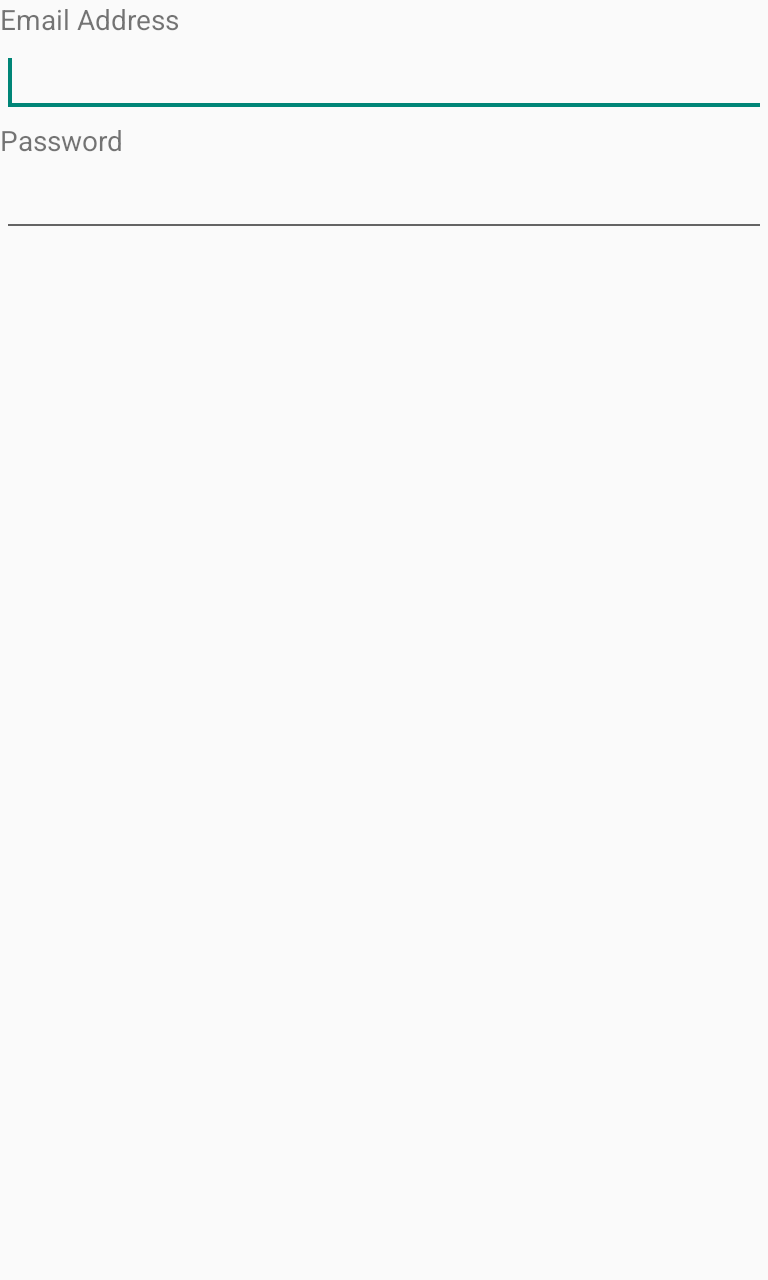
Repository: Clarenaliaka/code-challenge
Layout: ModernMum/res/layout/login.xml
These files come from the project's save history. The layout is drawn as it stood at one moment and after the next save; the edit follows.
It is drawn on a 768 x 1280 px phone screen (xhdpi) without system bars, with theme AppTheme; the app's code is not run.

Above is the layout before, as saved 2014-07-31 08:54:25.

### ModernMum/res/layout/login.xml
<?xml version="1.0" encoding="utf-8"?>
<LinearLayout xmlns:android="http://schemas.android.com/apk/res/android"
    android:layout_width="match_parent"
    android:layout_height="match_parent"
    android:orientation="vertical" >

    <TextView
        android:id="@+id/textView1"
        android:layout_width="wrap_content"
        android:layout_height="wrap_content"
        android:text="@string/email" />

    <EditText
        android:id="@+id/editText1"
        android:layout_width="match_parent"
        android:layout_height="wrap_content"
        android:ems="10"
        android:inputType="textEmailAddress" >

        <requestFocus />
    </EditText>

    <TextView
        android:id="@+id/textView2"
        android:layout_width="wrap_content"
        android:layout_height="wrap_content"
        android:text="@string/Password" />

    <EditText
        android:id="@+id/editText2"
        android:layout_width="match_parent"
        android:layout_height="wrap_content"
        android:ems="10"
        android:inputType="textPassword" />

</LinearLayout>

### ModernMum/res/values/strings.xml
<?xml version="1.0" encoding="utf-8"?>
<resources>

    <string name="app_name">ModernMum</string>
    <string name="btnregister">Register</string>
    <string name="action_settings">Settings</string>
    <string name="btnlogin">Login</string>
    <string name="first">First Name</string>
    <string name="last">Last Name</string>
     <string name="email">Email Address</string>
      <string name="Password">Password</string>
    <string name="phone">Phone Number</string>
    <string name="loce">Location</string>
    <string name="title_activity_register_screen">RegisterScreenActivity</string>
    <string name="hello_world">Hello world!</string>
    <string name="title_activity_login_screen">LoginScreenActivity</string>
    <string name="btnsubmit">Submit</string>
    <string name="btnback">back</string>
    <string name="des">This is aplatform for mothers to have their privacy,interact and share emotional
    information by chatting.The can also expose the site by advertising,
    selling and buying their additional baby productr</string>

    <string-array name="modern">
        <item>location</item>
        <item>Westlands</item>
        <item>Ngong road</item>
        <item>Loresho</item>
        <item>Kasarani</item>
        <item>Karen</item>
        <item>langata</item>
        <item>Mt.View</item>
        <item>Uthiru</item>
        <item>Parklands</item>
        <item>Upper Hill</item>
        <item>Nairobi West</item>
        <item>South B</item>
        <item>South C</item>
    </string-array>

    <string name="title_activity_advert_screen">AdvertScreenActivity</string>
    <string name="baby">Baby Products</string>
    <string name="title_activity_home_screen">HomeScreenActivity</string>
    <string name="btnadvert">Advertise</string>
    <string name="btnchat">Chat</string>
    <string name="btntips">Tips</string>
    <string name="btnbuy">Buy</string>
    <string name="title_activity_chat">ChatActivity</string>

</resources>

### ModernMum/res/values/color.xml
<?xml version="1.0" encoding="utf-8"?>
<resources>
    <color name="green">#660</color>
<color name="white">#FFFFFF</color>
<color name="black">#000000</color>
<color name="red">#FA5858</color>
<color name="brown">#2A120A</color>
<color name="grew">#151515</color>
<color name="blue">#4E3B6F</color>
<color name="purple">#AA18A3</color>
<color name="darkbrown">#AA4B18</color>
<color name="orange">#ff6633</color>
<color name="lightpink">#FFB6C1</color>
<color name="pink">#FA5882</color>
</resources>

Loaded but not shown: ModernMum/res/values/styles.xml (common file); ModernMum/res/values-v11/styles.xml (common file); ModernMum/res/values-v14/styles.xml (common file)

After the next save:
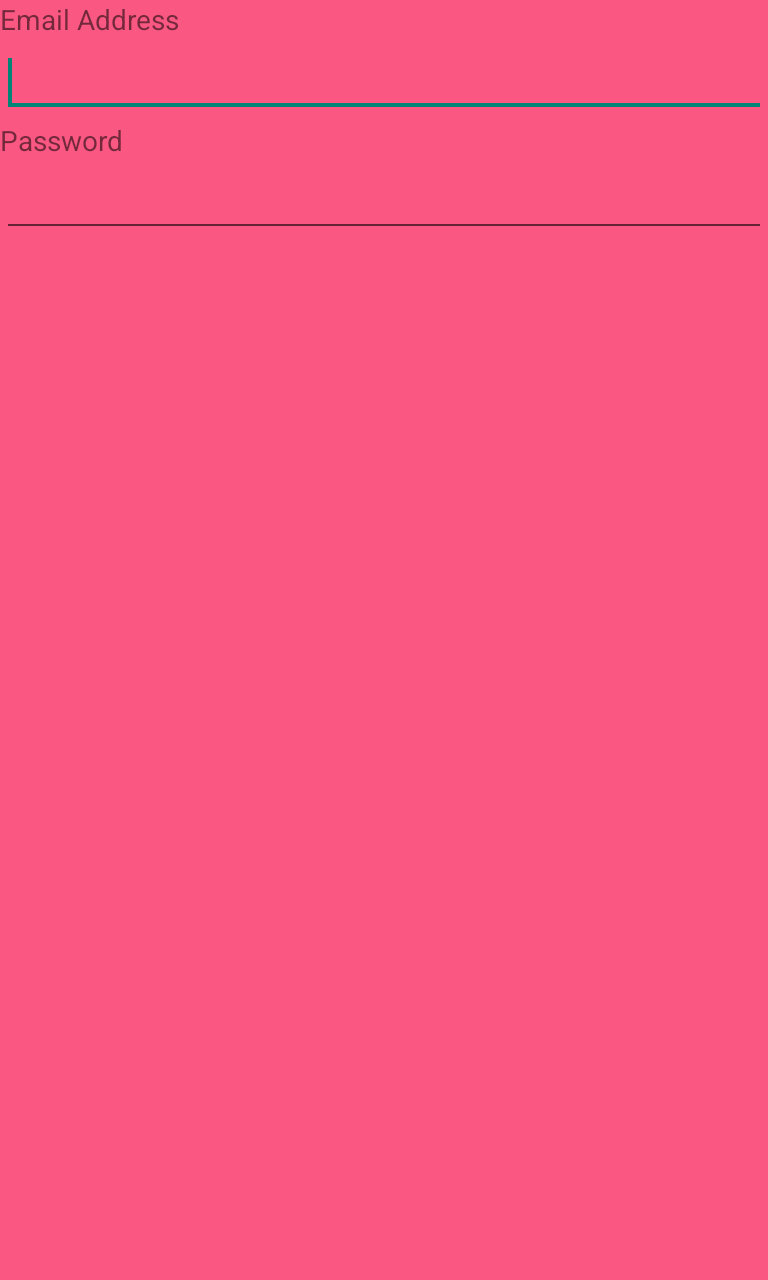
Saved 23 s later.
--- a/ModernMum/res/layout/login.xml
+++ b/ModernMum/res/layout/login.xml
@@ -2,7 +2,8 @@
 <LinearLayout xmlns:android="http://schemas.android.com/apk/res/android"
     android:layout_width="match_parent"
     android:layout_height="match_parent"
-    android:orientation="vertical" >
+    android:orientation="vertical"
+    android:background="@color/pink">
 
     <TextView
         android:id="@+id/textView1"
